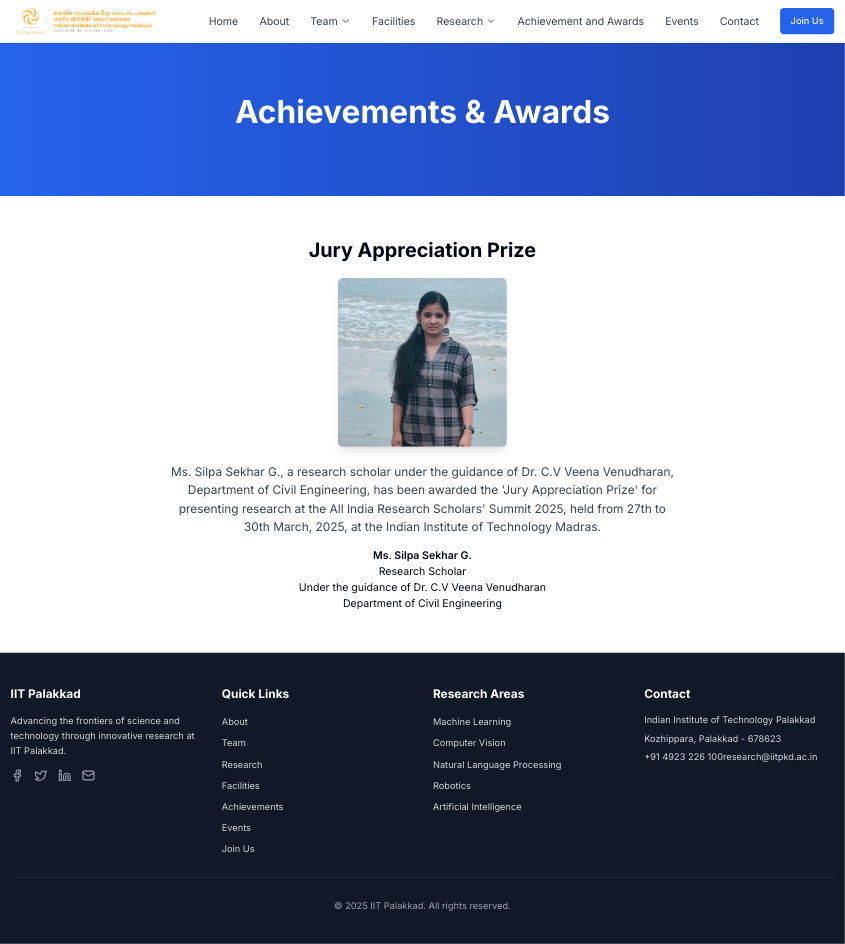
Repository: Gopikrish-30/ARISE
Page: /achievements
An editor plug-in stored every save of this project. The page is shown before and after a run of saves, followed by the edit.
The browser window is 1280 px wide. The pictures show the whole page, at 66% of full size.
The project was rebuilt for these pictures with package versions that can differ from the ones it lists, and the page was loaded fresh each time. The framework's server and built-in components were replaced by stand-ins that run in the browser. Also part of the build but not shown: next.config.mjs.

Above is the page before, as saved 2025-06-29 18:19:17.

After the next 7 saves:
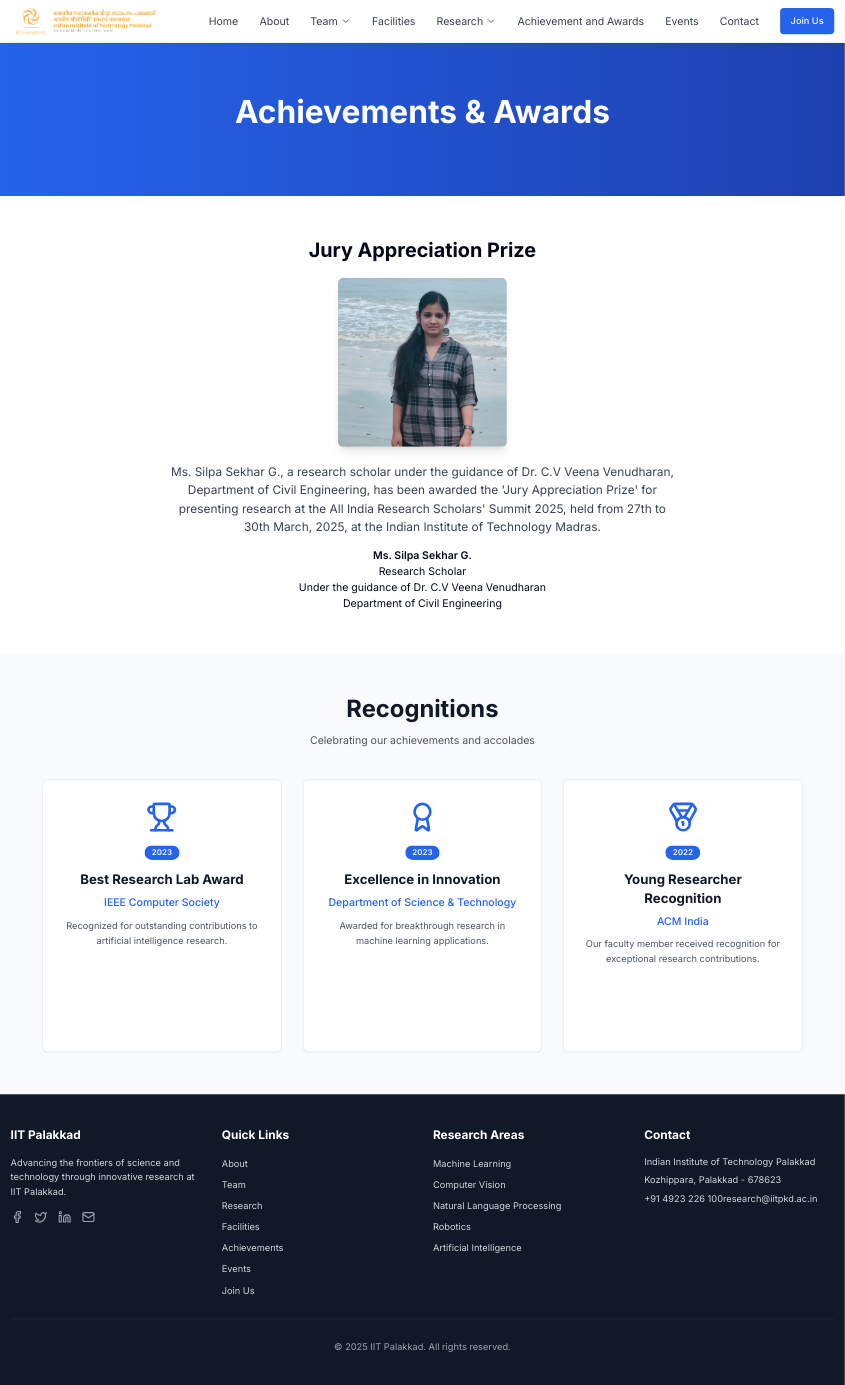
The 7 saves are shown as one change because they came seconds apart.
The last was saved 2 min 28 s later.
--- a/app/achievements/page.tsx
+++ b/app/achievements/page.tsx
@@ -1,6 +1,7 @@
 "use client"
 
 import Image from "next/image"
+import { Recognitions } from "@/components/recognitions"
 
 export default function AchievementsPage() {
   const achievement = {
@@ -39,6 +40,9 @@
           <p>Department of Civil Engineering</p>
         </div>
       </section>
+
+      {/* Achievements Grid Section */}
+      <Recognitions />
     </div>
   )
 }
